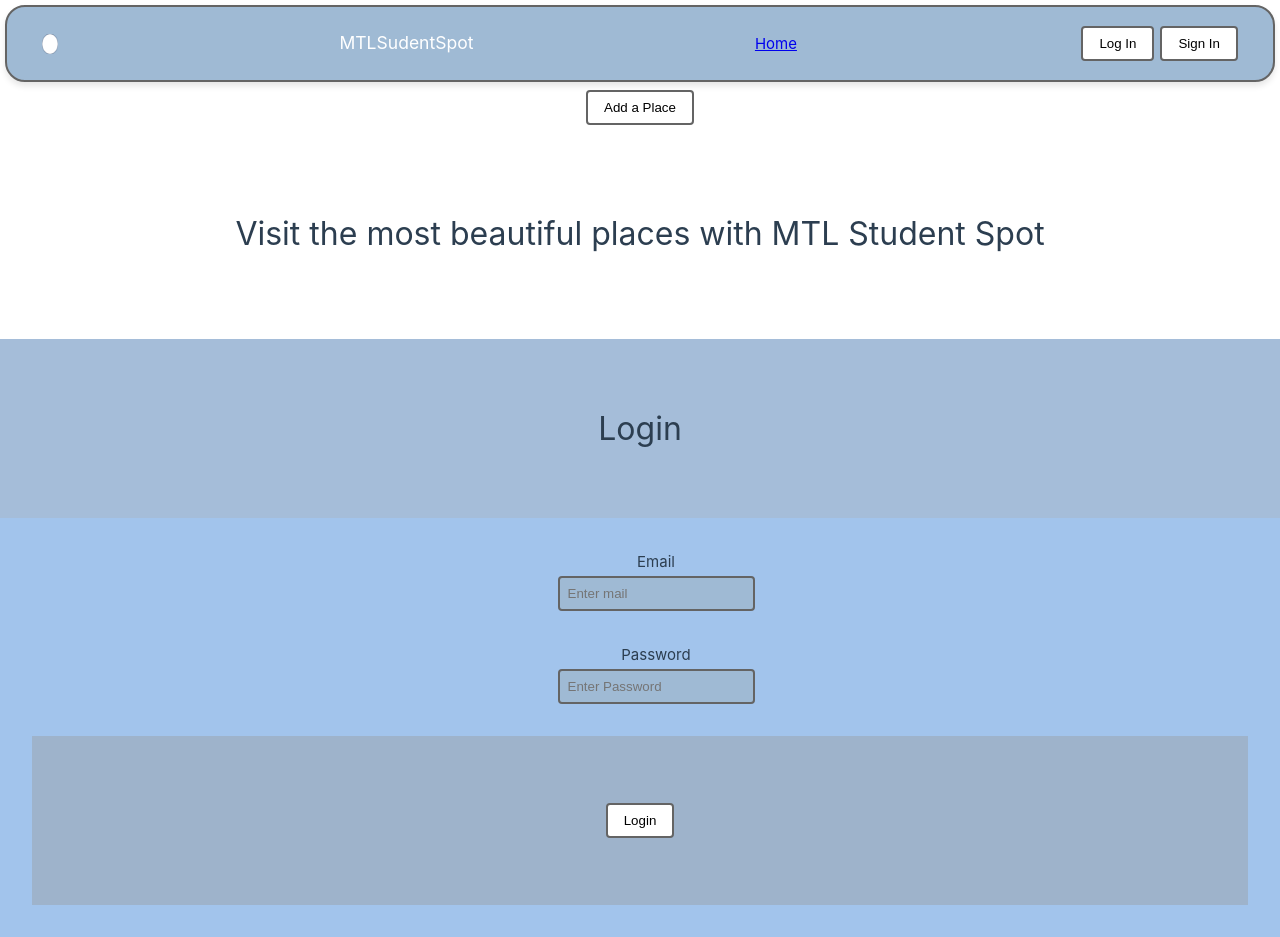
Repository: KevMn6ix/MOD8-2232-GRA-Damois-Leroi--Morant-Munto
Page: /login (app in client/)
An editor plug-in stored every save of this project. The page is shown before and after the next save, followed by the edit.
The browser window is 1280 px wide. The pictures show the whole page.
The project was rebuilt for these pictures with package versions that can differ from the ones it lists, and the page was loaded fresh each time. Also part of the build but not shown: client/vite.config.js, client/src/components/HelloWorld.vue, client/src/components/RowLandingPage.vue, client/src/components/PlaceItem.vue, client/src/components/PlaceList.vue.

Above is the page before, as saved 2023-10-18 15:12:41.

After the next save:
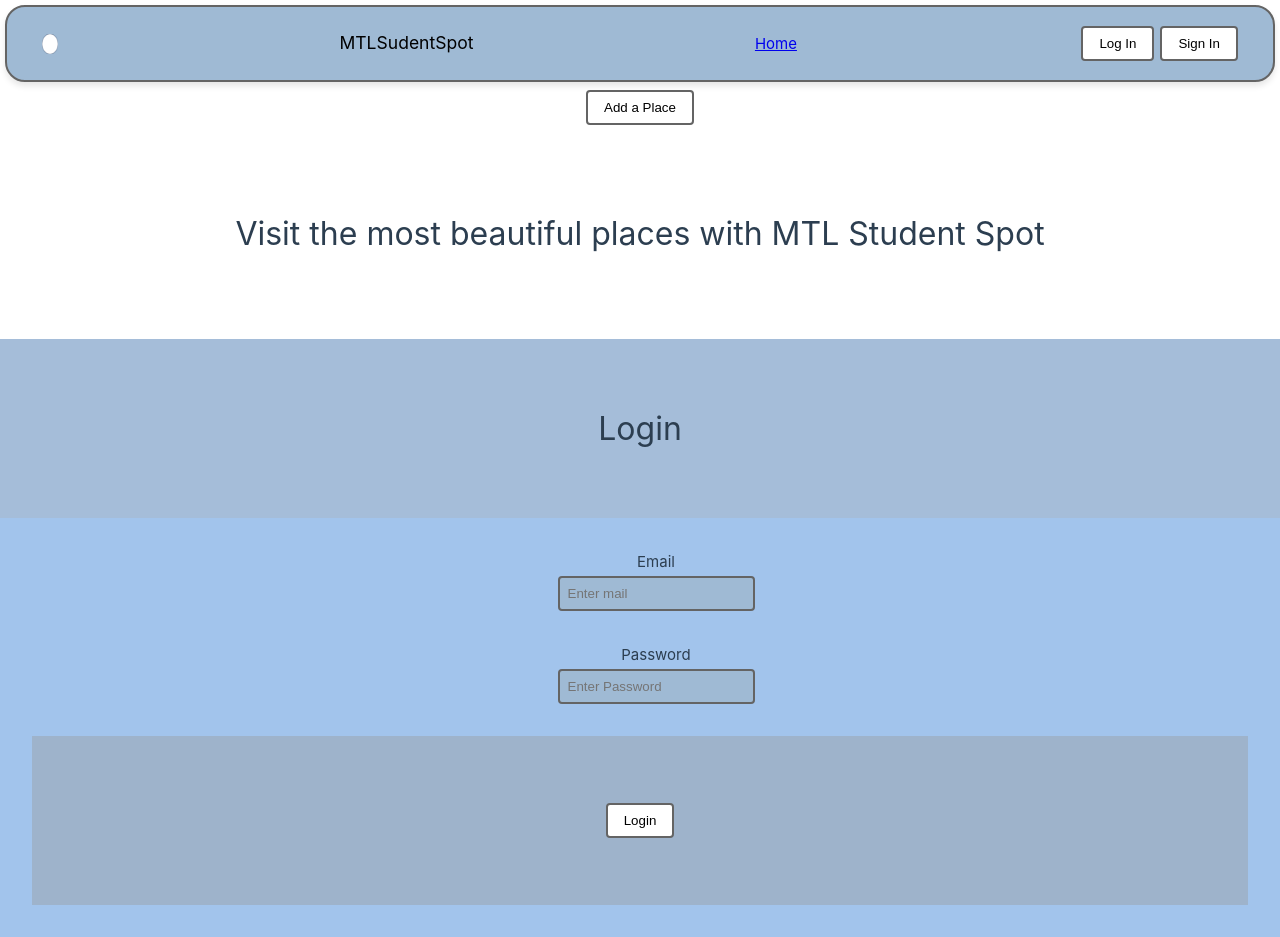
Saved 26 s later.
--- a/client/src/components/NavBar.vue
+++ b/client/src/components/NavBar.vue
@@ -75,7 +75,7 @@ nav {
 
 h3{
 
-    color: white;
+    color: var(--text-navbar-color-default);
 
 }
 
